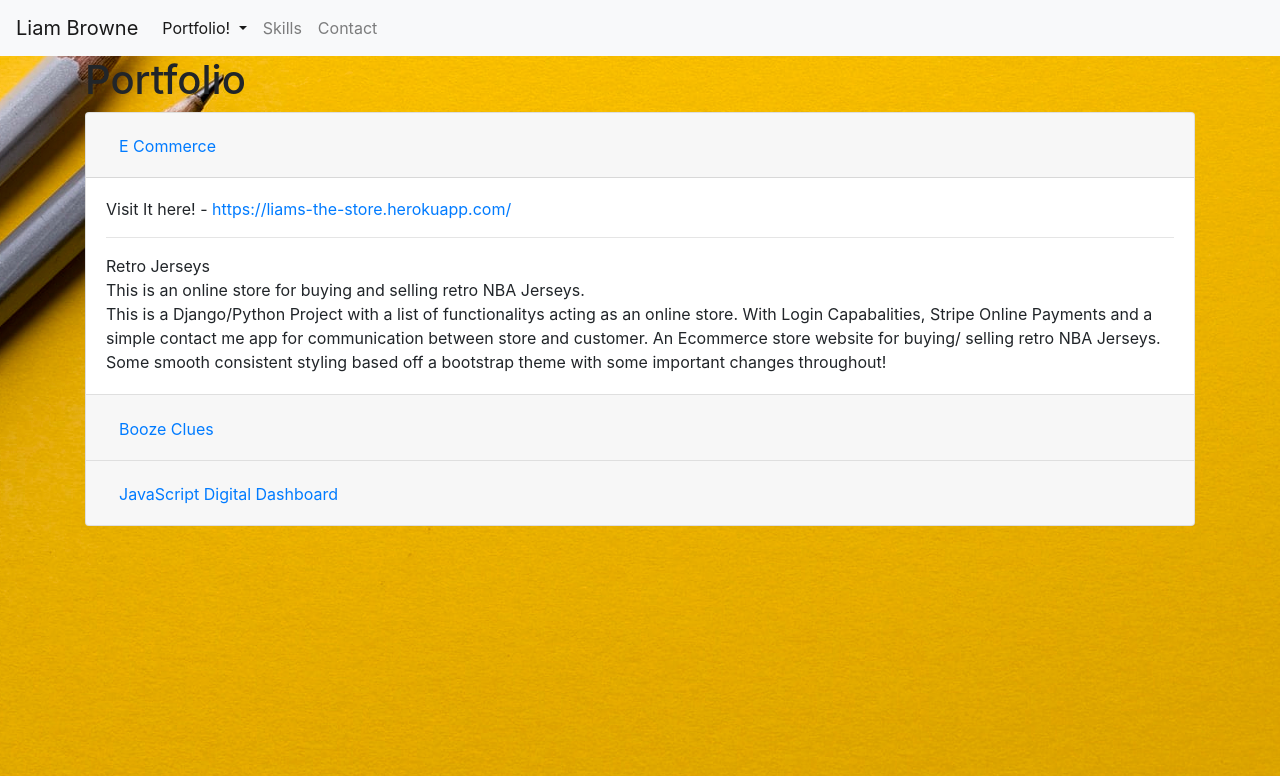
Repository: LiamB123/LiamBrowne.com.github.io
Page: portfolio.html
The author's editor kept a record of every edit. The page is drawn from the files as they stood at one moment, then again after the next edit.
The browser window is 1280 px wide. The pictures show the whole page.
Backgrounds fixed to the window are drawn as part of the page.

Above is the page before.

After the next edit:
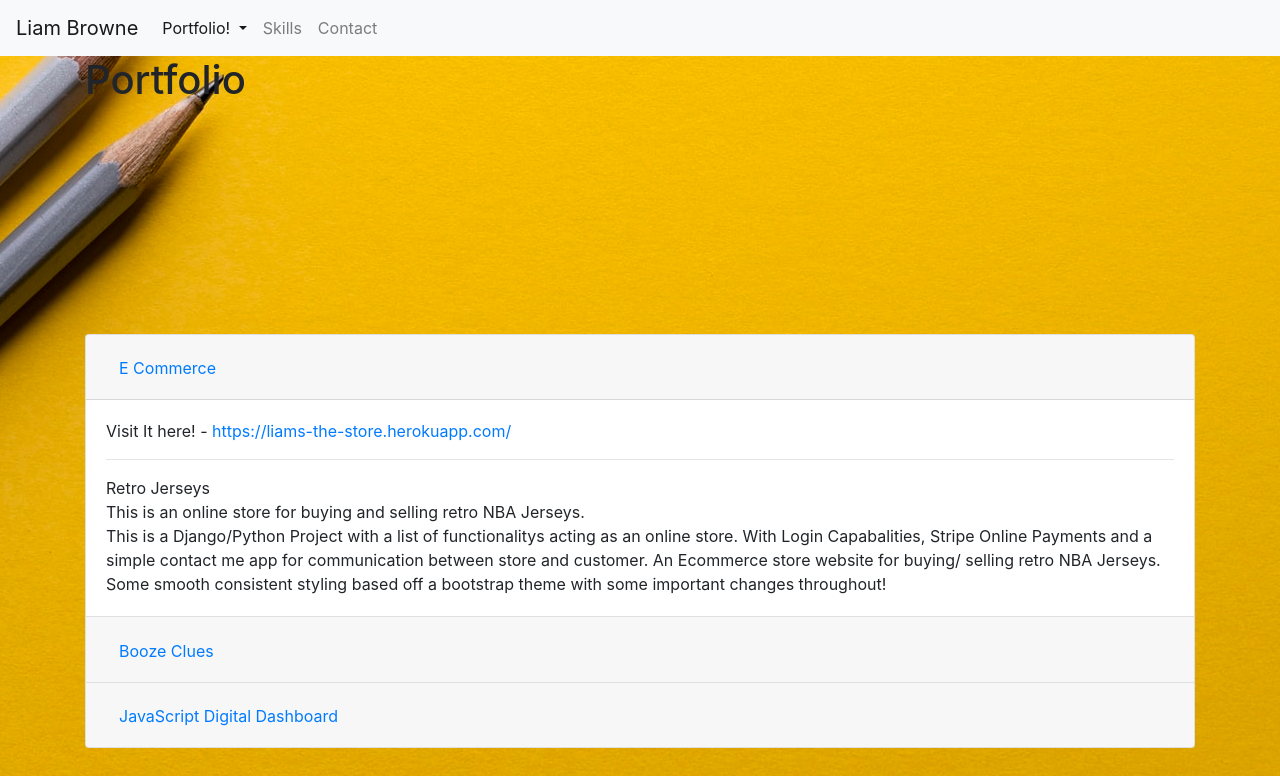
The edit:
--- a/portfolio.html
+++ b/portfolio.html
@@ -64,6 +64,8 @@
 
             <h1> Portfolio</h1>
 
+            <div class="portfolio-sizing">
+
 
             <div class="accordion" id="accordionExample">
                 <div class="card">
